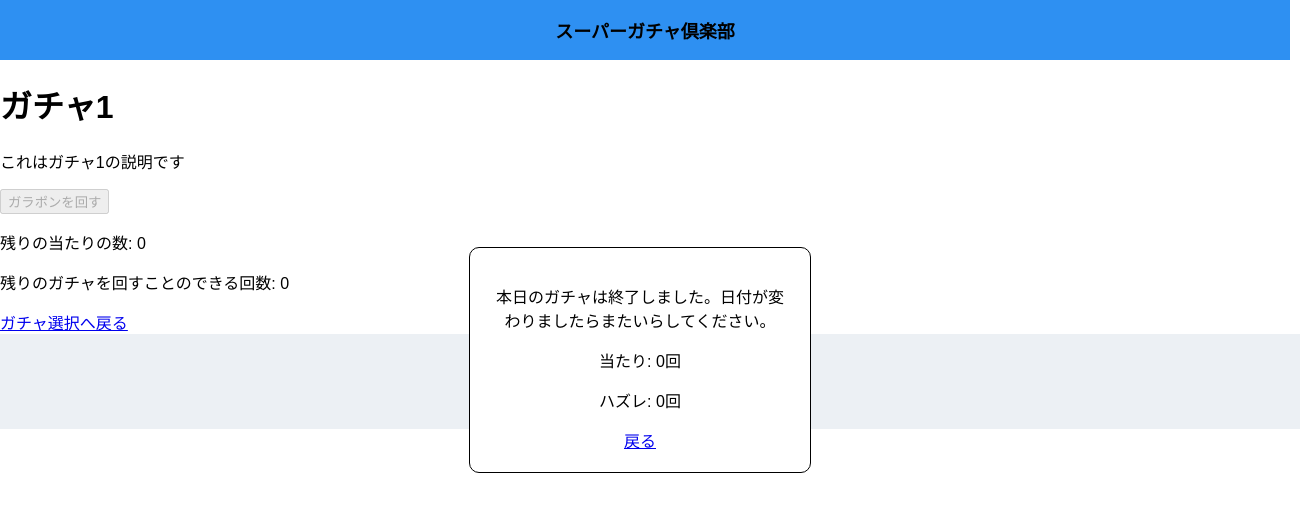
Repository: kskw0000/gggacha
Page: /gacha/1 (app in fronted/)
An editor plug-in stored every save of this project. The page is shown before and after the next save, followed by the edit.
The browser window is 1280 px wide. The page is 1300 px wide, so the pictures cover 1300 px, including what lies to the right of the window. The pictures show the whole page.
The page's requests for data from a server got no answer. The project was rebuilt for these pictures with package versions that can differ from the ones it lists, and the page was loaded fresh each time. No one was signed in, and anything a server would have sent is missing. Also part of the build but not shown: fronted/src/components/pages/Admin.js, fronted/src/components/css/WinnerPage.css, fronted/src/components/pages/WinnerPage.js.

Above is the page before, as saved 2023-07-01 12:13:52.

### fronted/src/App.js
import React from 'react';
import './App.css';
import { BrowserRouter as Router, Route, Routes } from "react-router-dom";
import Header from './components/parts/Header';
import Footer from './components/parts/Footer';
import Gacha from './components/pages/Gacha';
import WinnerPage from './components/pages/WinnerPage';
import Admin from './components/pages/Admin';
import { Link } from "react-router-dom";

const GachaCard = ({ title, id }) => (
  <Link to={`/gacha/${id}`}>
    <div className="gacha-card">
      <h2>{title}</h2>
      {/* ここにガチャの画像などを追加することもできます */}
    </div>
  </Link>
);

const GachaRow = ({ title, gachas }) => (
  <div className="gacha-row">
    <h1>{title}</h1>
    <div className="gacha-row-content">
      {gachas.map((gacha, index) => (
        <GachaCard key={index} title={gacha.title} id={gacha.id} />
      ))}
    </div>
  </div>
);


function App() {
  // ここは後でAPIから取得するように変更する予定です
  const gachaData = [
    {
      rowTitle: '人気のガチャ',
      gachas: [
        { id: 1, title: 'ガチャ1' },
        { id: 2, title: 'ガチャ2' },
        // 必要なだけガチャを追加
      ],
    },
    {
      rowTitle: '新着のガチャ',
      gachas: [
        { id: 3, title: 'ガチャ3' },
        { id: 4, title: 'ガチャ4' },
        // 必要なだけガチャを追加
      ],
    },
  ];

  return (
    <Router>
      <div className="App">
        <Header />
        <Routes>
          <Route path="/" element={
            <>
              {gachaData.map((row, index) => (
                <GachaRow key={index} title={row.rowTitle} gachas={row.gachas} />
              ))}
            </>
          } />
          <Route path="/gacha/:id" element={<Gacha />} />
          <Route path="/winner" element={<WinnerPage />} />
          <Route path="/admin" element={<Admin />} />
        </Routes>
        <Footer />
      </div>
    </Router>
  );
}

export default App;

### fronted/src/App.css
.App {
  font-family: Arial, sans-serif;
  padding-top: 60px;
}



.gacha-row {
  margin-bottom: 20px;
}

.gacha-row-content {
  display: flex;
  overflow-x: scroll;
  gap: 10px;
  padding-bottom: 10px;
}

.gacha-card {
  transition: 0.3s;
  /* 他のスタイル属性をここに追加 */
  min-width: 150px;
  height: 200px;
  background-color: #eee;
  box-shadow: 0 2px 8px rgba(0, 0, 0, 0.1);
  border-radius: 5px;
  padding: 10px;
  display: flex;
  align-items: center;
  justify-content: center;
}

.gacha-card:hover {
  transform: translateY(-40px);
}

 /* ガチャ　アニメーション */
@keyframes spin {
  0% { transform: rotate(0deg); }
  100% { transform: rotate(360deg); }
}

.loading-spinner {
  border: 16px solid #f3f3f3; /* Light grey */
  border-top: 16px solid #3498db; /* Blue */
  border-radius: 50%;
  width: 120px;
  height: 120px;
  animation: spin 2s linear infinite;
}

### fronted/src/components/parts/Header.js
import React from 'react';
import '../css/Header.css';

const Header = () => {
  return (
    <header className="header">
      {/* ここにロゴやメニューリンクなどを配置します */}
      <h1>スーパーガチャ倶楽部</h1>
    </header>
  );
}

export default Header;

### fronted/src/components/parts/Footer.js
import React from 'react';
import { Link } from 'react-router-dom';
import '../css/Footer.css';
import Admin from "../pages/Admin";

const Footer = () => {
  return (
    <footer className="footer">
      {/* ここに著作権情報やリンクなどを配置します */}
      <p>&copy; 2023 ProReach. All rights reserved.</p>
      <Link to="/admin">
        <button>管理画面へ</button>
      </Link>
    </footer>
  );
}

export default Footer;

### fronted/src/components/pages/Gacha.js
import React from 'react';
import { useParams, Link } from 'react-router-dom';
import GachaMachine from "./GachaMachine";
import Admin from "./Admin";


function Gacha() {
  const { id } = useParams(); // URLパラメータからガチャのIDを取得します

  // これは仮のデータです。後でAPIからデータを取得するように変更する予定です
  const gachaData = {
    title: 'ガチャ' + id,
    description: 'これはガチャ' + id + 'の説明です',
  };

  return (
    <div>
      <h1>{gachaData.title}</h1>
      <p>{gachaData.description}</p>
      <GachaMachine />
    </div>
  );
}

export default Gacha;

### fronted/src/components/css/Header.css
.header {
    position: fixed;
    top: 0;
    height: 50px;
    padding: 5px;
    background-color: #2e90f2;
    text-align: center;
    width: 100%;
    /* 他のスタイル属性をここに追加 */
  }

  .header h1 {
    font-size: 18px;
  }

### fronted/src/components/css/Footer.css
.footer {
    padding: 10px;
    background-color: #ecf0f4;
    text-align: center;
    width: 100%;
    bottom: 0;
    /* 他のスタイル属性をここに追加 */
  }

### fronted/src/components/pages/GachaMachine.js
import React, { useState, useEffect } from 'react';
import { useSpring, animated } from 'react-spring';
import axios from 'axios';
import { Link, useNavigate } from 'react-router-dom';
import '../css/GachaMachine.css';

const GachaMachine = () => {
  const [result, setResult] = useState(null);
  const [loading, setLoading] = useState(false);
  const [availableWins, setAvailableWins] = useState(0);
  const [availableRolls, setAvailableRolls] = useState(0);
  const navigate = useNavigate();

  const { transform } = useSpring({
    loop: loading,
    from: { transform: 'rotate(0deg)' },
    to: { transform: 'rotate(360deg)' },
    config: { duration: 2000 },
  });

  const fadeIn = useSpring({
    opacity: result ? 1 : 0,
    config: { duration: 1000 },
  });

  const handleGacha = async () => {
    setResult(null);
    setLoading(true);
    try {
      const response = await axios.get('/gacha');
      const { isWin, winCode, availableWins, availableRolls } = response.data;
      setResult(isWin ? "当たり！赤い玉が出ました！" : "ハズレ...白い玉が出ました");
      setAvailableWins(availableWins);
      setAvailableRolls(availableRolls);
      if (isWin) {
        localStorage.setItem('winCode', winCode);
        navigate('/winner');
      }
    } catch (error) {
      console.error('Error during the gacha roll:', error);
      setResult('An error occurred.');
    }
    setLoading(false);
  };

  const getGachaInfo = async () => {
    try {
      const response = await axios.get('/gacha/info');
      const { availableWins, availableRolls } = response.data;
      setAvailableWins(availableWins);
      setAvailableRolls(availableRolls);
    } catch (error) {
      console.error('Error during the get gacha info:', error);
    }
  };

  useEffect(() => {
    getGachaInfo();
  }, []);

  return (
    <div>
      <button onClick={handleGacha} disabled={loading || availableWins === 0 || availableRolls === 0}>
        {loading ? 'Rolling...' : 'ガラポンを回す'}
      </button>
      <animated.div style={transform}>
        {/* ここにガチャマシンの画像を表示するコード */}
      </animated.div>
      <p>残りの当たりの数: {availableWins}</p>
      <p>残りのガチャを回すことのできる回数: {availableRolls}</p>
      <animated.div style={fadeIn}>
        {result && <p>{result}</p>}
      </animated.div>
      <Link to="/">ガチャ選択へ戻る</Link>
      {(availableWins === 0 || availableRolls === 0) &&
        <div className="popup">
          <p>本日のガチャは終了しました。日付が変わりましたらまたいらしてください。</p>
          <p>当たり: {availableWins}回</p>
          <p>ハズレ: {availableRolls}回</p>
          <Link to="/">戻る</Link>
        </div>
      }
    </div>
  );
};

export default GachaMachine;

### fronted/src/components/css/GachaMachine.css
.popup {
  position: fixed;
  top: 50%;
  left: 50%;
  transform: translate(-50%, -50%);
  width: 80%;
  max-width: 300px;
  padding: 20px;
  background: white;
  border: 1px solid black;
  border-radius: 10px;
  text-align: center;
  z-index: 1000; /* 他の要素より前面に表示 */
}

Loaded but not shown: fronted/public/index.html (common file); fronted/src/index.js (common file); fronted/src/index.css (common file); fronted/src/reportWebVitals.js (common file)

After the next save:
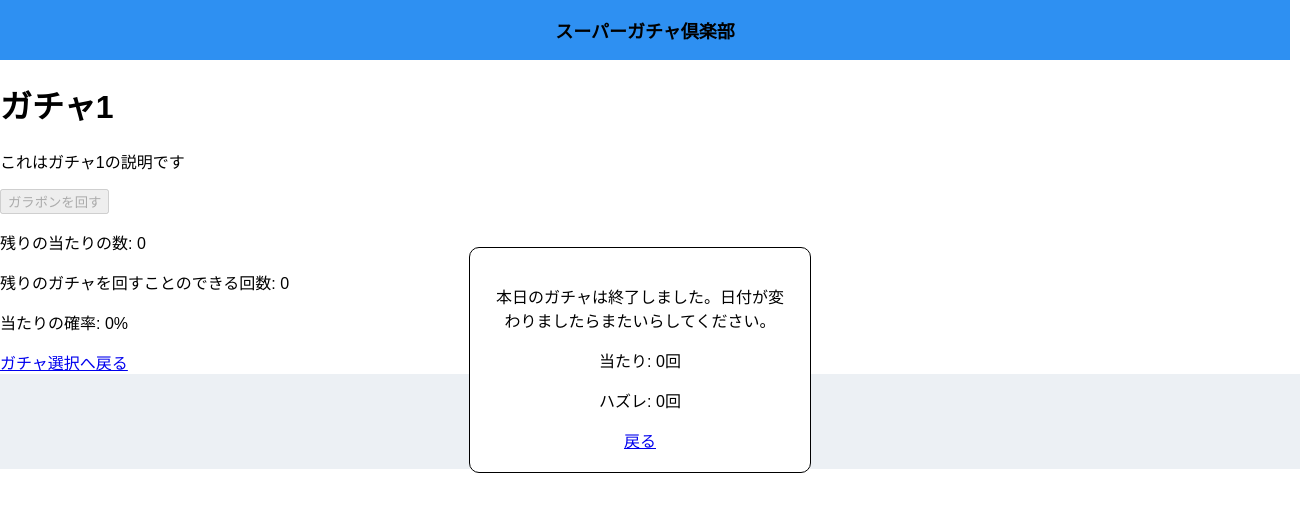
Saved 5 min 2 s later.
--- a/fronted/src/components/pages/GachaMachine.js
+++ b/fronted/src/components/pages/GachaMachine.js
@@ -9,6 +9,7 @@ const GachaMachine = () => {
   const [loading, setLoading] = useState(false);
   const [availableWins, setAvailableWins] = useState(0);
   const [availableRolls, setAvailableRolls] = useState(0);
+  const [winProbability, setWinProbability] = useState(0);  // 当たりの確率
   const navigate = useNavigate();
 
   const { transform } = useSpring({
@@ -46,9 +47,10 @@ const GachaMachine = () => {
   const getGachaInfo = async () => {
     try {
       const response = await axios.get('/gacha/info');
-      const { availableWins, availableRolls } = response.data;
+      const { availableWins, availableRolls, winProbability } = response.data;
       setAvailableWins(availableWins);
       setAvailableRolls(availableRolls);
+      setWinProbability(winProbability);  // 当たりの確率を設定
     } catch (error) {
       console.error('Error during the get gacha info:', error);
     }
@@ -68,6 +70,7 @@ const GachaMachine = () => {
       </animated.div>
       <p>残りの当たりの数: {availableWins}</p>
       <p>残りのガチャを回すことのできる回数: {availableRolls}</p>
+      <p>当たりの確率: {winProbability}%</p>  {/* 当たりの確率を表示 */}
       <animated.div style={fadeIn}>
         {result && <p>{result}</p>}
       </animated.div>
